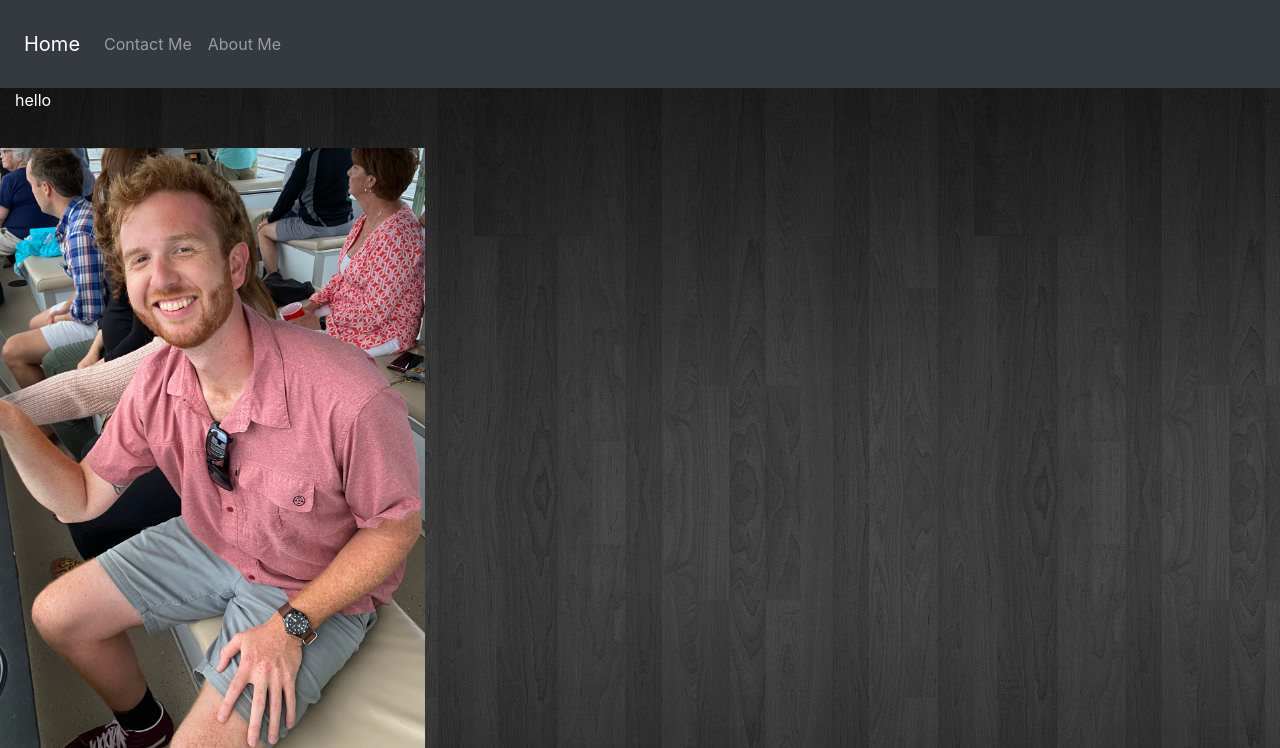
Repository: dupbd/portfolioWebPage
Page: BensSite/src/main/resources/static/aboutMe.html
The author's editor kept a copy of each file at every save. The page is drawn from the files as they stood at one save, then again after the next save.
The browser window is 1280 px wide. The pictures show the whole page.

Above is the page before, as saved 2021-02-04 01:37:58.

### BensSite/src/main/resources/static/aboutMe.html
<!DOCTYPE html>
<html>
<head>
	<title>Ben Dupont</title>
	<link rel="stylesheet" href="style.css">
	<link rel="stylesheet" href="https://cdn.jsdelivr.net/npm/bootstrap@4.5.3/dist/css/bootstrap.min.css" integrity="sha384-TX8t27EcRE3e/ihU7zmQxVncDAy5uIKz4rEkgIXeMed4M0jlfIDPvg6uqKI2xXr2" crossorigin="anonymous">
</head>
<body>

	<nav class="navbar navbar-expand-lg navbar-dark bg-dark p-4">
  <button class="navbar-toggler" type="button" data-toggle="collapse" data-target="#navbarTogglerDemo03" aria-controls="navbarTogglerDemo03" aria-expanded="false" aria-label="Toggle navigation">
    <span class="navbar-toggler-icon"></span>
  </button>
  <a class="navbar-brand" href="index.html">Home</a>

  <div class="collapse navbar-collapse" id="navbarTogglerDemo03">
    <ul class="navbar-nav mr-auto mt-2 mt-lg-0">
      <li class="nav-item">
        <a class="nav-link" href="contact.html">Contact Me<span class="sr-only">(current)</span></a>
      </li>
      <li class="nav-item">
        <a class="nav-link" href="aboutMe.html">About Me</a>
      </li>
    </ul>
  </div>
</nav>

<p class="aboutme">hello</p>


<img class="me" src="me.jpeg" alt="It's Me" width="425" height="600" ALIGN="right" style="margin-right:20px; margin-top:20px; margin-bottom:20px; position: absolute;">




</body>

</html>

### BensSite/src/main/resources/static/style.css
#resume {
	 display: block;
  margin-left: auto;
  margin-right: auto;

}
.card {
	margin-left: 100px;
	margin-top: 0px;
	margin-bottom: 50px;


	}


body {
	background-image: url("background.jpg") !important;
	overflow: auto;
	}

.jumbotron {
	background: none !important;
	margin-bottom: 0px !important;
	}

.lead {
	color: lightgrey;
	}

.display-4 {
	color: white;
	}

.aboutme {
	color: white;
	margin-left: 15px;
	}

After the next save:
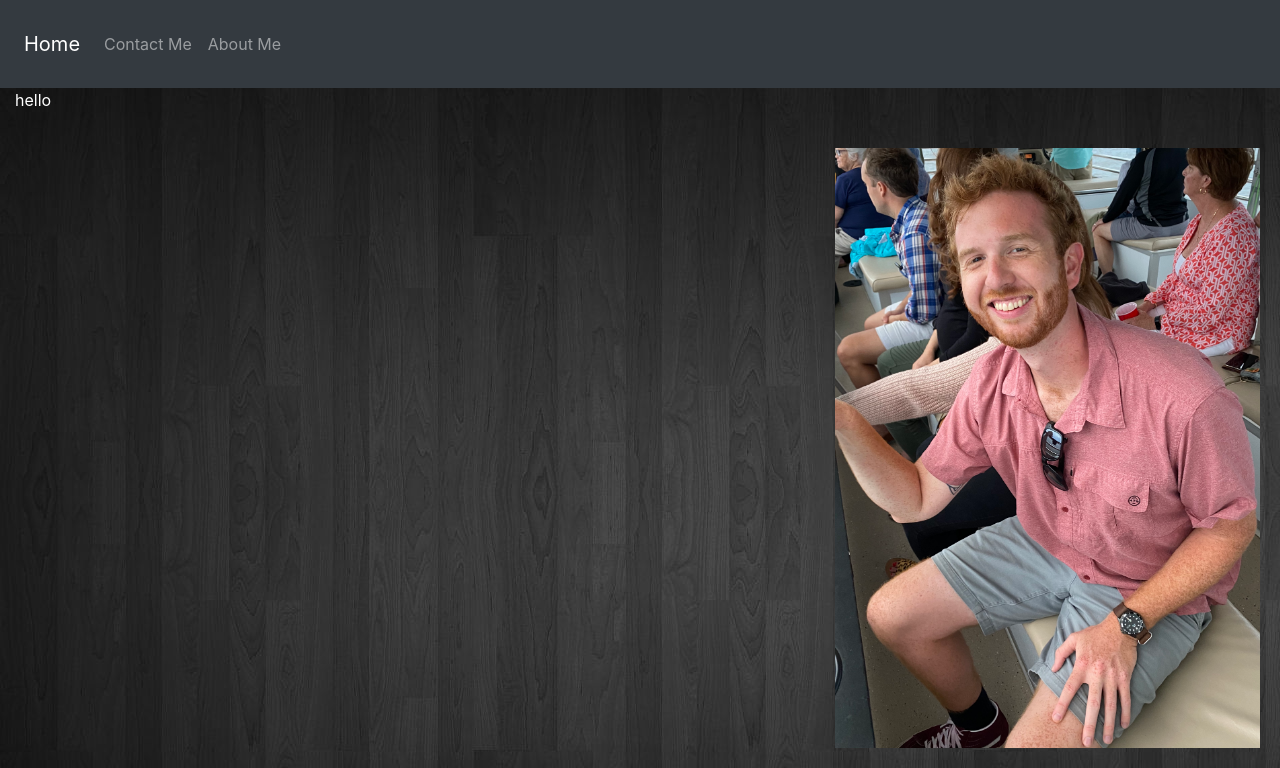
Saved 16 s later.
--- a/BensSite/src/main/resources/static/aboutMe.html
+++ b/BensSite/src/main/resources/static/aboutMe.html
@@ -28,7 +28,7 @@
 <p class="aboutme">hello</p>
 
 
-<img class="me" src="me.jpeg" alt="It's Me" width="425" height="600" ALIGN="right" style="margin-right:20px; margin-top:20px; margin-bottom:20px; position: absolute;">
+<img class="me" src="me.jpeg" alt="It's Me" width="425" height="600" ALIGN="right" style="margin-right:20px; margin-top:20px; margin-bottom:20px; position: right;">
 
 
 
